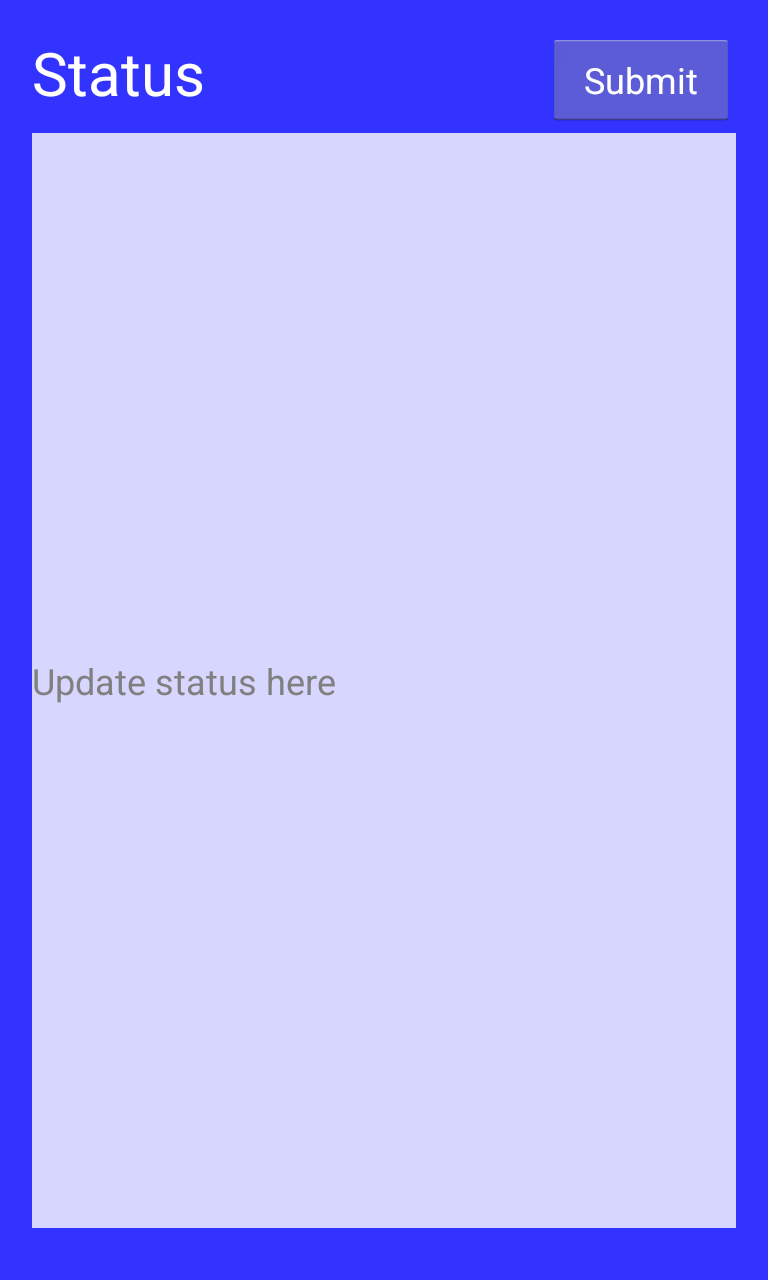
Repository: vamsiampolu/androidworkspace
Layout: YambaProject/res/layout/activity_main.xml
These files come from the project's save history. The layout is drawn as it stood at one moment and after the next save; the edit follows.
It is drawn on a 768 x 1280 px phone screen (xhdpi) without system bars, with theme AppTheme; the app's code is not run.

Above is the layout before, as saved 2013-05-09 07:25:41.

### YambaProject/res/layout/activity_main.xml
<RelativeLayout xmlns:android="http://schemas.android.com/apk/res/android"
    xmlns:tools="http://schemas.android.com/tools"
    android:layout_width="match_parent"
    android:layout_height="match_parent"
    android:background="@color/myBlue"
    android:paddingBottom="@dimen/activity_vertical_margin"
    android:paddingLeft="@dimen/activity_horizontal_margin"
    android:paddingRight="@dimen/activity_horizontal_margin"
    android:paddingTop="@dimen/activity_vertical_margin"
    android:orientation="vertical"
    tools:context=".MainActivity"
     >
<!-- When something is specified in values the only important
thing is the type of resource it is,not it's path
so values->colors->color->myBlue is simply "@color/myBlue"

Colors are specified as #RGB (F represents 255)#FRGB includes alpha channel
#c00F is to specify a value of translucence ,then there is #FFFRGB(??)
-->
    <TextView
        	android:id="@+id/txt_status"
        	android:layout_width="wrap_content"
        	android:layout_height="wrap_content"
        	android:text="Status"
        	android:textColor="#FFF"
        	android:textSize="30sp"
        	android:layout_alignParentLeft="true"
        	android:layout_alignParentTop="true"
        />

    <Button android:id="@+id/btn_status"
            android:layout_width="95dp"
            android:layout_height="wrap_content"
            android:layout_alignParentRight="true"
            android:layout_alignParentTop="true"
            android:text="Submit"
            android:textColor="#FFF"
            />
    <EditText android:layout_width="fill_parent"
        	  android:id="@+id/edit_status"
        	  android:layout_alignParentBottom="true"
   			  android:hint="Update status here"
   			  android:layout_below="@id/txt_status"
   			  android:layout_marginTop="10dp"
   			  android:layout_marginBottom="10dp"
   			  android:inputType="textMultiLine"
   			  android:background="#cFFF"
   />
</RelativeLayout>

### YambaProject/res/values/colors.xml
<?xml version="1.0" encoding="utf-8"?>
<resources>
    <color name="myBlue">#c00f</color>

</resources>

Loaded but not shown: YambaProject/res/values/styles.xml (common file); YambaProject/res/values-v11/styles.xml (common file); YambaProject/res/values-v14/styles.xml (common file); YambaProject/res/values/dimens.xml (common file)

After the next save:
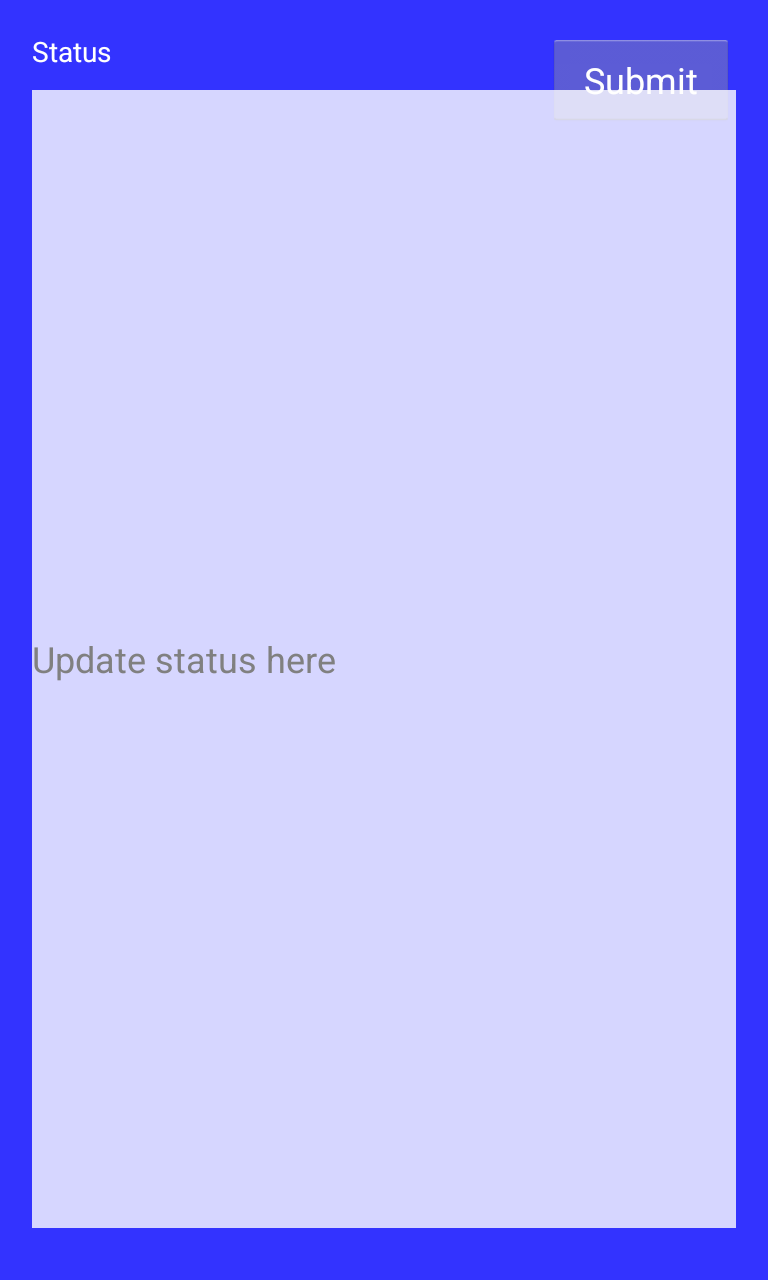
Saved 74 s later.
--- a/YambaProject/res/layout/activity_main.xml
+++ b/YambaProject/res/layout/activity_main.xml
@@ -16,6 +16,9 @@
 
 Colors are specified as #RGB (F represents 255)#FRGB includes alpha channel
 #c00F is to specify a value of translucence ,then there is #FFFRGB(??)
+
+If a style is applied to a widget it is called a style,if it is applied to
+an Activity it is called a theme
 -->
     <TextView
         	android:id="@+id/txt_status"
@@ -23,7 +26,7 @@
         	android:layout_height="wrap_content"
         	android:text="Status"
         	android:textColor="#FFF"
-        	android:textSize="30sp"
+        	android:textAppearence="/android:attr/textAppearenceLarge"
         	android:layout_alignParentLeft="true"
         	android:layout_alignParentTop="true"
         />
